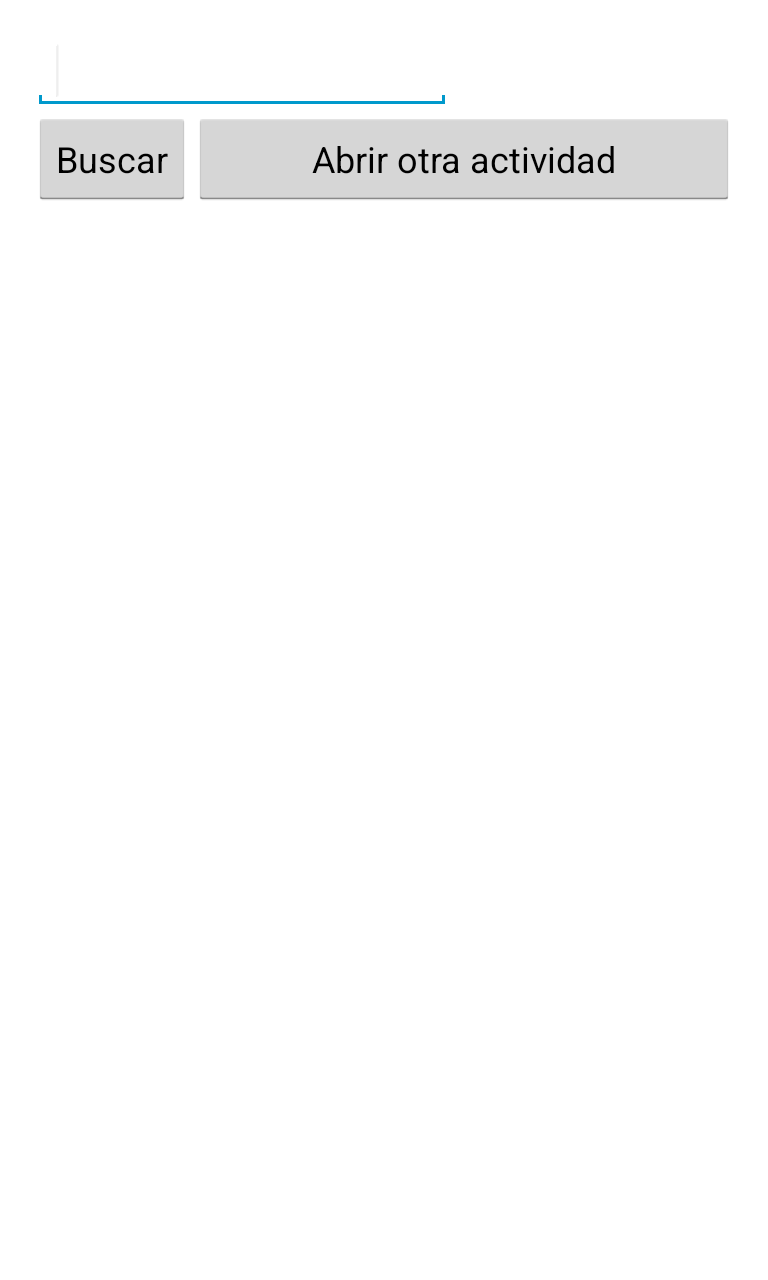
Repository: Kenwal/DemosS1
Layout: Demo3/res/layout/activity_main.xml
The author's editor kept a copy of each file at every save. The layout is drawn from the files as they stood at one save, then again after the next save.
It is drawn on a 768 x 1280 px phone screen (xhdpi) without system bars, with theme AppTheme; the app's code is not run.

Above is the layout before, as saved 2014-01-23 15:12:02.

### Demo3/res/layout/activity_main.xml
<LinearLayout xmlns:android="http://schemas.android.com/apk/res/android"
    xmlns:tools="http://schemas.android.com/tools"
    android:layout_width="match_parent"
    android:layout_height="match_parent"
    android:paddingBottom="@dimen/activity_vertical_margin"
    android:paddingLeft="@dimen/activity_horizontal_margin"
    android:paddingRight="@dimen/activity_horizontal_margin"
    android:paddingTop="@dimen/activity_vertical_margin"
    android:orientation="vertical"
    tools:context=".MainActivity" >

    <EditText
        android:id="@+id/editTextSearchQuery"
        android:layout_width="wrap_content"
        android:layout_height="wrap_content"
        android:inputType="text"
        android:ems="10" >

        <requestFocus />
    </EditText>

    <LinearLayout
        android:layout_width="match_parent"
        android:layout_height="wrap_content" >

        <Button
	        android:id="@+id/btnSearch"
	        android:layout_width="wrap_content"
	        android:layout_height="wrap_content"
	        android:text="@string/btn_search" />

	    <Button
	        android:id="@+id/btnOpenActivity"
	        android:layout_weight="1"
	        android:layout_width="0dp"
	        android:layout_height="wrap_content"
	        android:text="@string/btn_open_activity" />

    </LinearLayout>

</LinearLayout>

### Demo3/res/values/strings.xml
<?xml version="1.0" encoding="utf-8"?>
<resources>

    <string name="app_name">Demo 3</string>
    <string name="action_settings">Settings</string>
    <string name="hello_world">Hola Android!</string>
    <string name="btn_search">Buscar</string>
    <string name="btn_open_activity">Abrir otra actividad</string>
    <string name="btn_list">Listado</string>
    <string name="title_activity_show_search_query">ShowSearchQueryActivity</string>

</resources>

Loaded but not shown: Demo3/res/values/styles.xml (common file); Demo3/res/values-v11/styles.xml (common file); Demo3/res/values-v14/styles.xml (common file); Demo3/res/values/dimens.xml (common file)

After the next save:
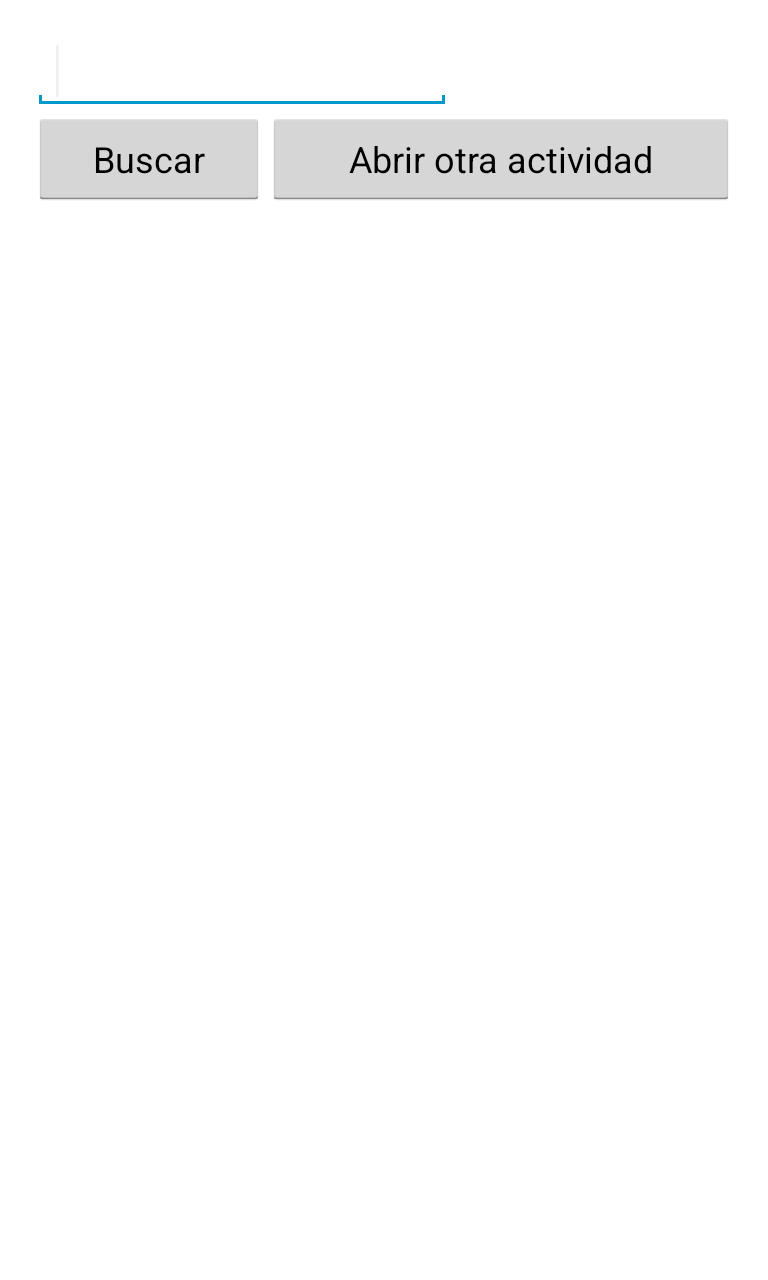
Saved 17 s later.
--- a/Demo3/res/layout/activity_main.xml
+++ b/Demo3/res/layout/activity_main.xml
@@ -25,7 +25,8 @@
 
         <Button
 	        android:id="@+id/btnSearch"
-	        android:layout_width="wrap_content"
+	         android:layout_weight="0.5"
+	        android:layout_width="0dp"
 	        android:layout_height="wrap_content"
 	        android:text="@string/btn_search" />
 
